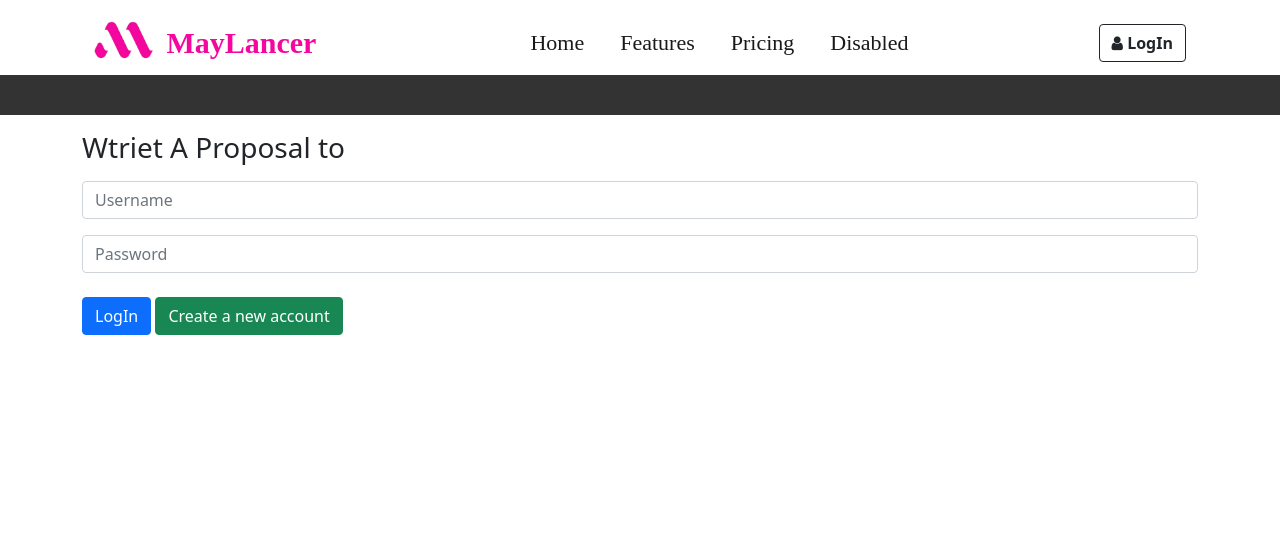
Repository: prathmesh2023/maylancers
Page: templates/apply.html
An editor plug-in stored every save of this project. The page is shown before and after the next save, followed by the edit.
The browser window is 1280 px wide. The pictures show the whole page.
Some web fonts or font styles are not loaded; a fallback is used. Some web libraries are served in a nearby version. The page is served by the project's application, run on Django 3.2 (manage.py). The template is opened directly, without the code that normally fills it, so the values that code supplies are empty.

Above is the page before, as saved 2022-01-24 22:25:15.

After the next save:
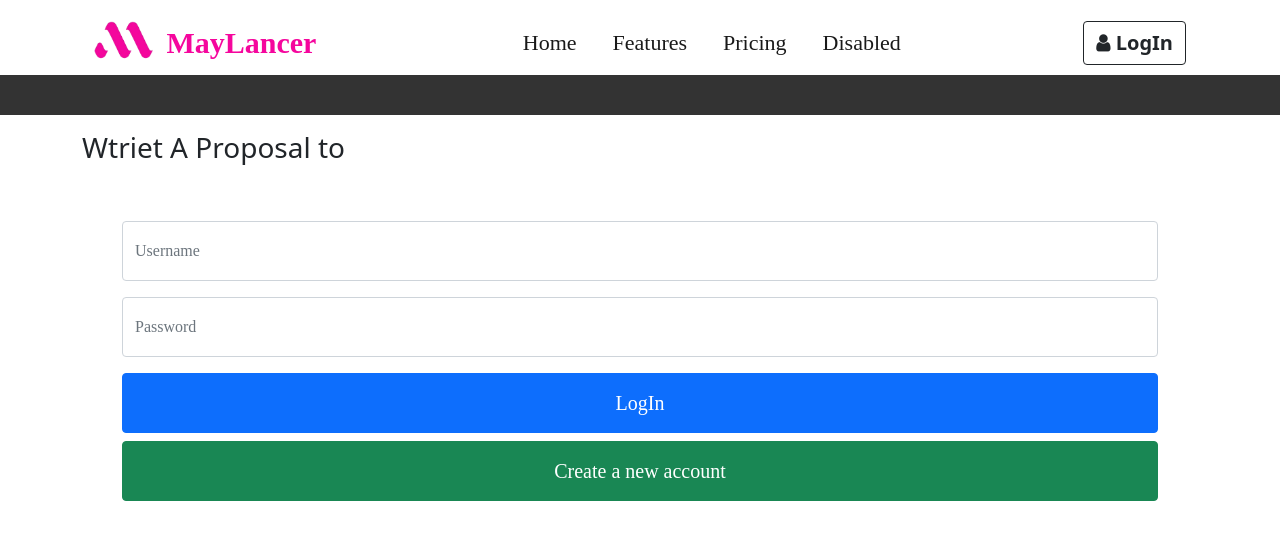
Saved 45 s later.
--- a/templates/apply.html
+++ b/templates/apply.html
@@ -23,4 +23,36 @@
     </form>
 </div>
 
+
+
+<style>
+    form {
+        background-color: white;
+        padding: 40px;
+        font-family: cursive;
+        border-radius: 15px;
+    }
+
+    form input {
+        height: 60px;
+        font-size: 20x;
+    }
+
+    form button {
+        height: 60px;
+        width: 100%;
+    }
+
+    .btn {
+        font-size: 20px;
+    }
+
+    .ml {
+        margin-top: 10%;
+    }
+
+    .mf {
+        margin-top: 8%;
+    }
+</style>
 {% endblock main %}
